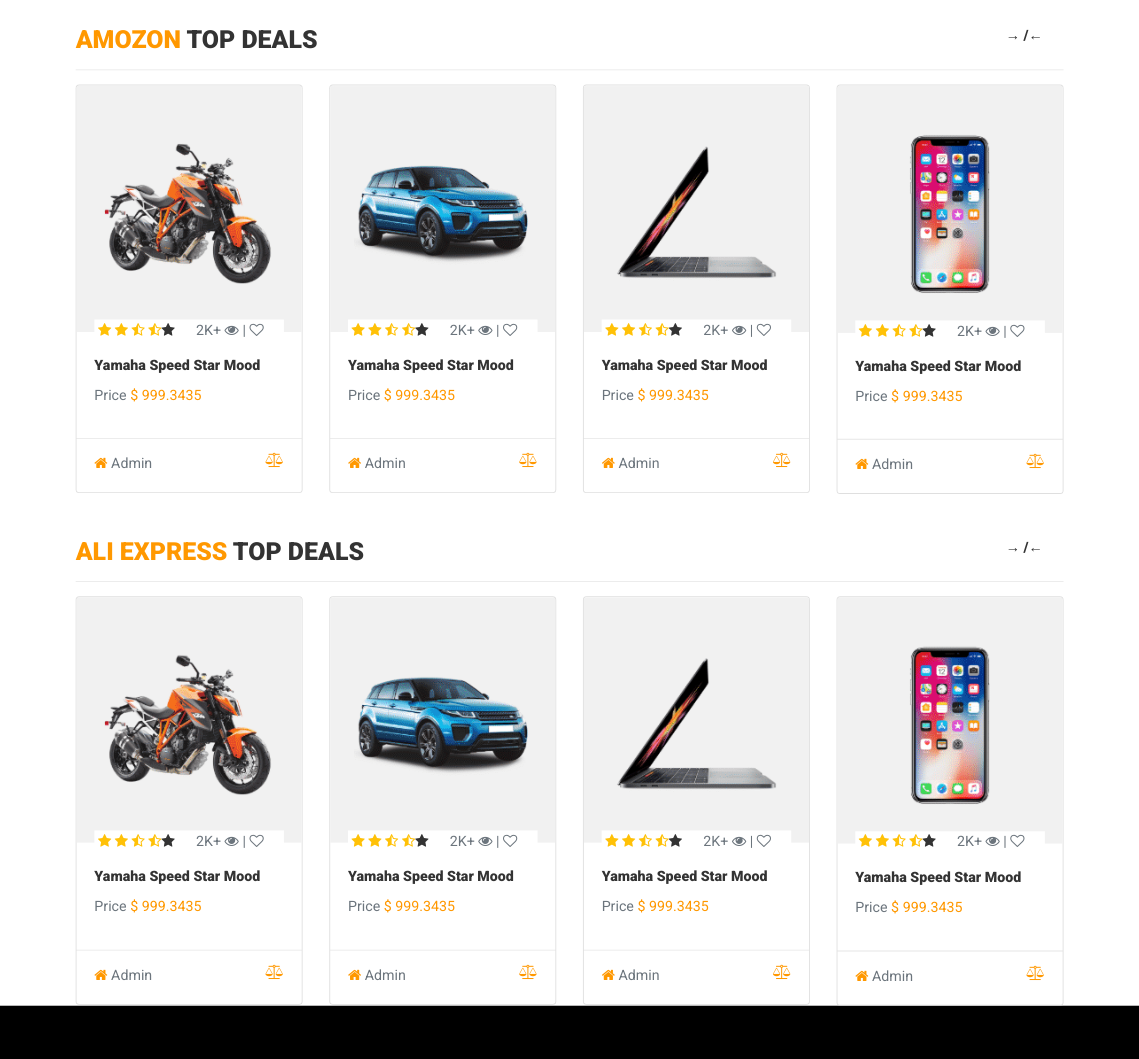
Repository: priyanalleboina/ThoughtFocusAssignment
Page: Thought Focus-Priyanka-Assignement/index.html
An editor plug-in stored every save of this project. The page is shown before and after the next save, followed by the edit.
The browser window is 1280 px wide. The pictures show the part of the page from y = 918 to 2108 px (the page is 2473 px tall before and 2496 px after), at 89% of full size.
A picture or video elsewhere on the page could not be fetched, so the positions and the page height are approximate.

Above is the page before, as saved 2020-06-24 16:20:42.

After the next save:
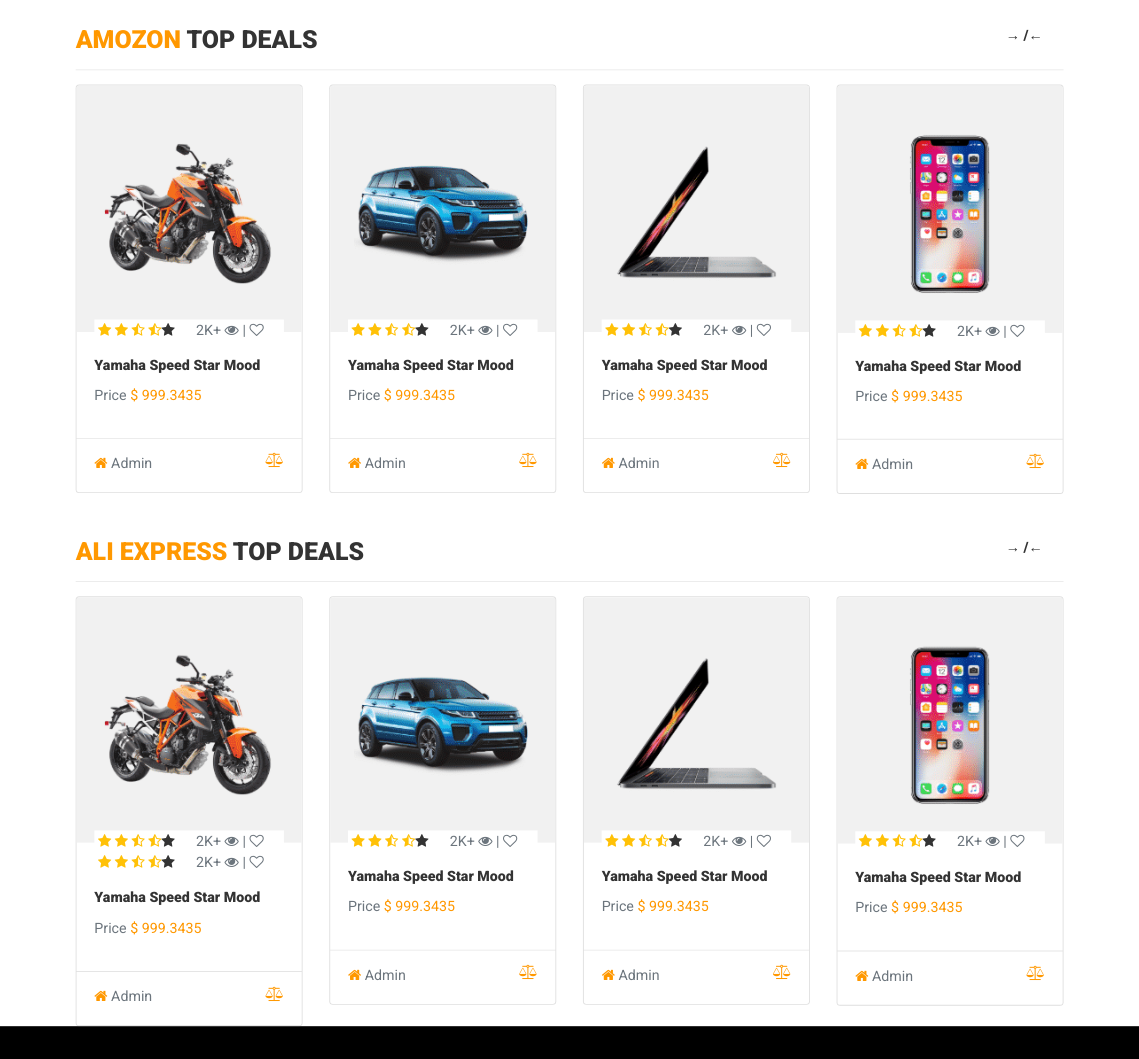
Saved 36 s later.
--- a/Thought Focus-Priyanka-Assignement/index.html
+++ b/Thought Focus-Priyanka-Assignement/index.html
@@ -356,6 +356,16 @@
                 <span class="ml-4 text-secondary">2K+ <i class="fa fa-eye"></i> | <i class="fa fa-heart-o"></i></span>
               </ul>
             </div>
+            <div class="back-clr">
+              <ul class="list-group list-group-horizontal list-unstyled">
+                <li><i class="fa fa-star text-warning ml-1" aria-hidden="true"></i></li>
+                <li><i class="fa fa-star text-warning ml-1" aria-hidden="true"></i></li>
+                <li><i class="fa fa-star fa-star-half-full text-warning ml-1" ria-hidden="true"></i></li>
+                <li><i class="fa fa-star fa-star-half-full text-warning ml-1" aria-hidden="true"></i></li>
+                <li><i class="fa fa-star" aria-hidden="true"></i></li>
+                <span class="ml-4 text-secondary">2K+ <i class="fa fa-eye"></i> | <i class="fa fa-heart-o"></i></span>
+              </ul>
+            </div>
             <h6 class="card-title">Yamaha Speed Star Mood</h6>
             <p><span class="text-secondary">Price </span><span class="active-color">$ 999.3435</span></p>
           </div>
